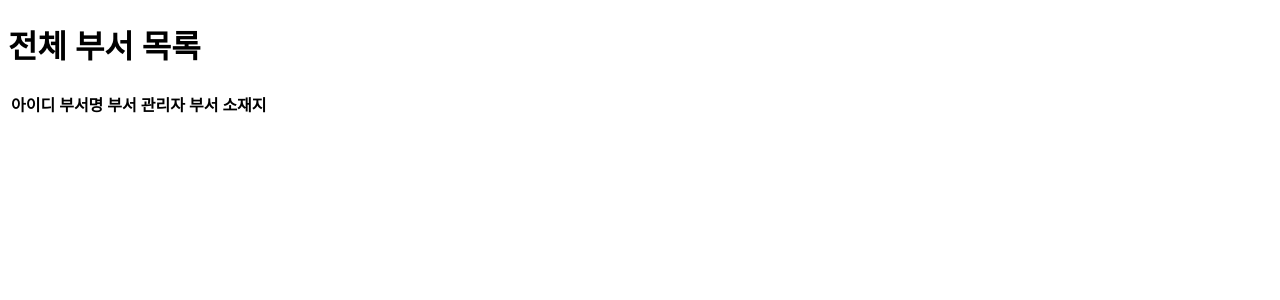
Repository: benpark0613/basic
Page: http://localhost/sample/hr/dept/list.jsp
The author's editor kept a copy of each file at every save. The page is drawn from the files as they stood at one save, then again after the next save.
The browser window is 1280 px wide. The pictures show the whole page.
The page is served by Tomcat 9. Other server files are loaded and not shown.

Above is the page before, as saved 2021-11-10 02:49:53.

### HR_app/sample/src/main/webapp/hr/dept/list.jsp
<%@ page language="java" contentType="text/html; charset=UTF-8"
    pageEncoding="UTF-8"%>
<!DOCTYPE html>
<html>
<head>
<meta charset="UTF-8">
<title>부서정보 관리::부서목록 </title>
</head>
<body>
	<h1>전체 부서 목록</h1>

	<table>
		<thead>
			<tr>
				<th>아이디</th>
				<th>부서명</th>
				<th>부서 관리자</th>
				<th>부서 소재지</th>
			</tr>
		</thead>
	</table>
</body>
</html>

After the next save:
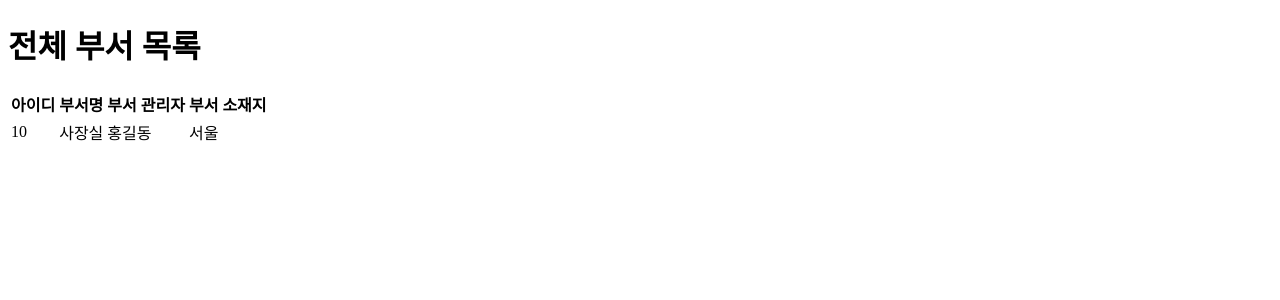
Saved 57 s later.
--- a/HR_app/sample/src/main/webapp/hr/dept/list.jsp
+++ b/HR_app/sample/src/main/webapp/hr/dept/list.jsp
@@ -18,6 +18,14 @@
 				<th>부서 소재지</th>
 			</tr>
 		</thead>
+		<tbody>
+			<tr>
+				<td>10</td>
+				<td>사장실</td>
+				<td>홍길동</td>
+				<td>서울</td>
+			</tr>
+		</tbody>
 	</table>
 </body>
 </html>
